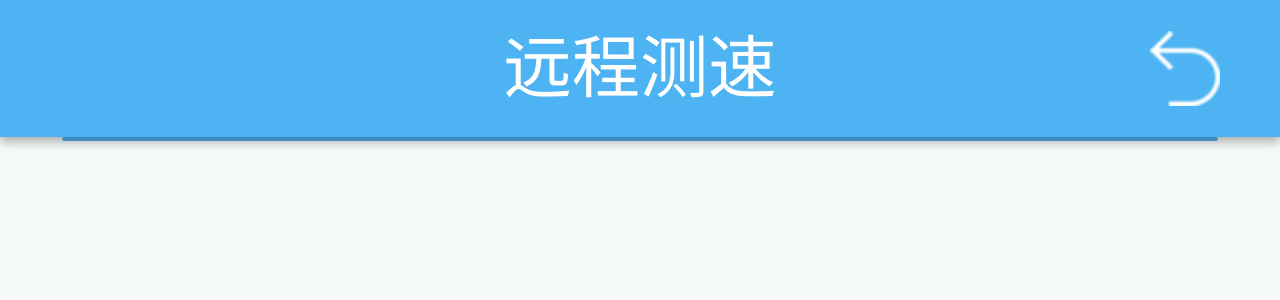
Repository: wangbiaozy/8.24
Page: index_test.html
These files come from the project's save history. The page is drawn as it stood at one moment and after the next save; the edit follows.
The browser window is 1280 px wide. The pictures show the whole page.

Above is the page before, as saved 2018-08-22 18:56:56.

After the next save:
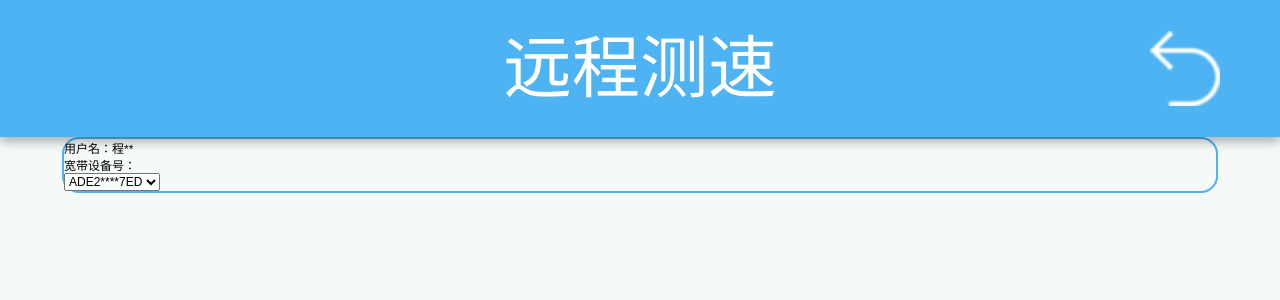
Saved 93 s later.
--- a/index_test.html
+++ b/index_test.html
@@ -16,7 +16,17 @@
     </header>
     <section class="main">
         <ul>
-            <li></li>
+            <li>
+                <i></i>
+                <p>用户名：<span>程**</span></p>
+            </li>
+            <li>
+                <i></i>
+                <p>宽带设备号：</p>
+                <select name="" id="">
+                    <option value="">ADE2****7ED</option>
+                </select>
+            </li>
         </ul>
     </section>
 </body>
